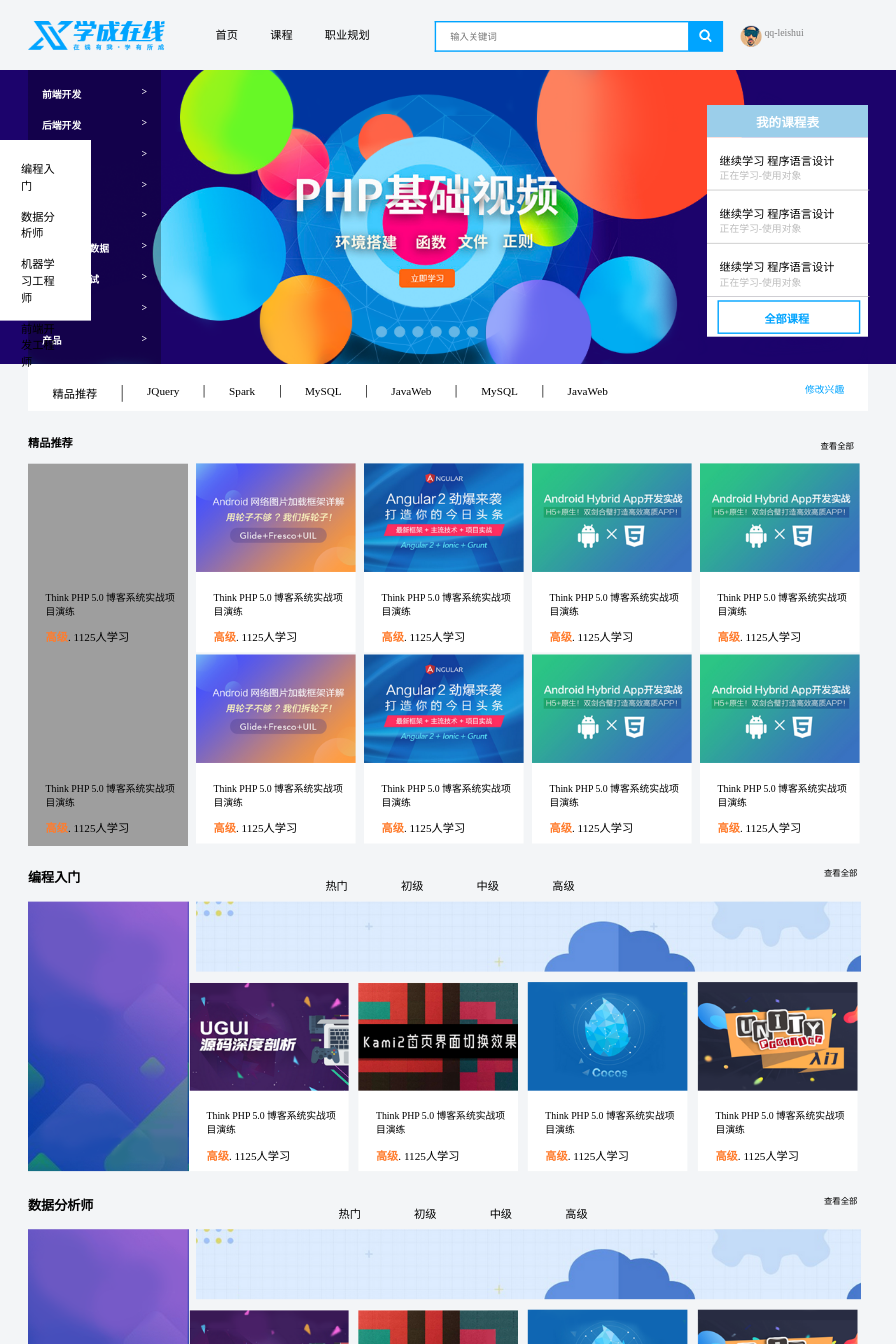
Repository: try-18/web-page-1
Page: index.html
An editor plug-in stored every save of this project. The page is shown before and after the next save, followed by the edit.
The browser window is 1280 px wide. The pictures show the part of the page from y = 0 to 1920 px (the page is 3340 px tall), at 70% of full size.
Pictures or frames that could not be fetched are drawn as grey boxes.

Above is the page before, as saved 2021-11-02 12:41:27.

After the next save:
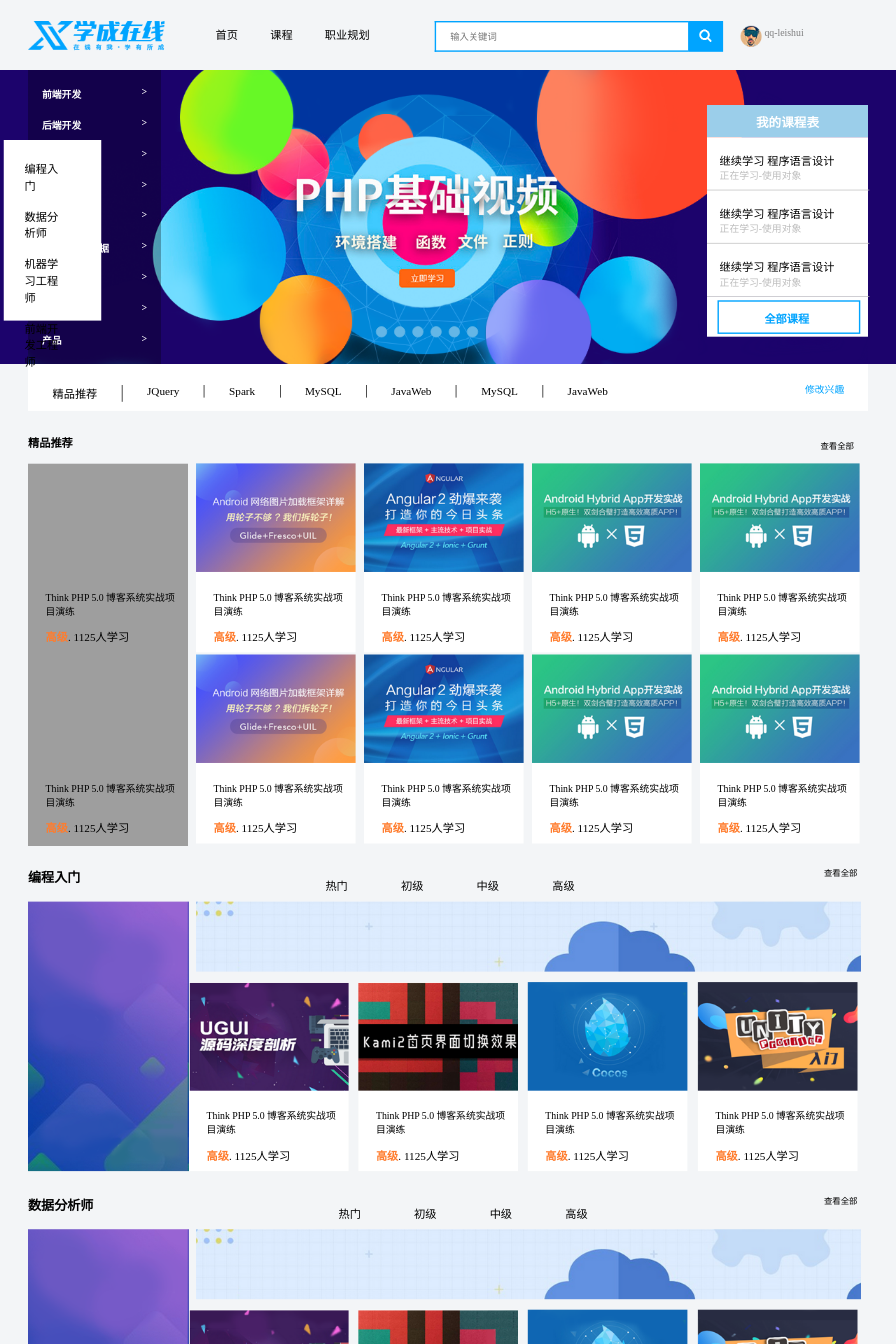
Saved 19 s later.
--- a/index.css
+++ b/index.css
@@ -603,12 +603,12 @@
 }
 
 .left {
-    width: 50px;
+    width: 60px;
     height: 230px;
     position: fixed;
     padding: 28px 50px 0 30px;
     top: 200px;
-    left: 0px;
+    left: 5px;
     background-color: #fff;
 }
 
